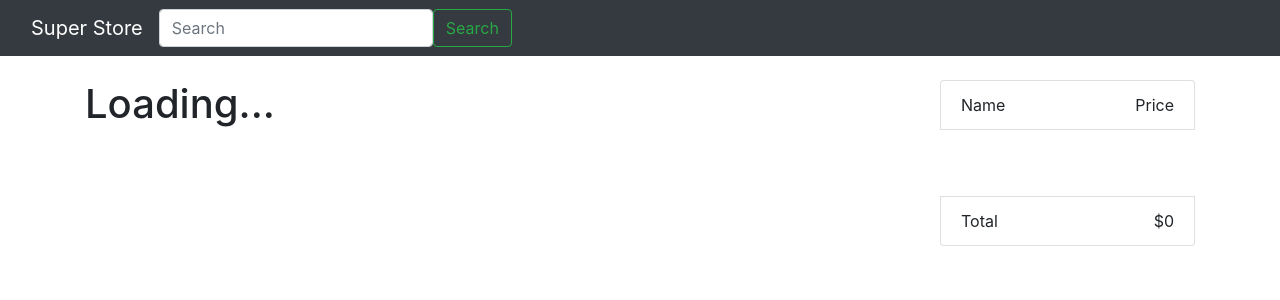
Repository: rockeycse/superstore
Page: /
The author's editor kept a copy of each file at every save. The page is drawn from the files as they stood at one save, then again after a run of saves.
The browser window is 1280 px wide. The pictures show the whole page.
The page's requests for data from a server got no answer. The project was rebuilt for these pictures with package versions that can differ from the ones it lists, and the page was loaded fresh each time. No one was signed in, and anything a server would have sent is missing.

Above is the page before, as saved 2021-06-15 17:56:38.

### index.html
<!DOCTYPE html>
<html>
  <head>
    <meta charset="utf-8">
    <meta name="viewport" content="width=device-width,initial-scale=1.0">
    <title>superstore</title>
  </head>
  <body>
    <div id="app"></div>
    <!-- built files will be auto injected -->
  </body>
</html>

### src/main.js
// The Vue build version to load with the `import` command
// (runtime-only or standalone) has been set in webpack.base.conf with an alias.
import Vue from 'vue'
import App from './App'
// import Hello from './components/Hello'
// import Test from './components/Test'

window.$ = window.jQuery = require('jquery')

import 'bootstrap'
import 'bootstrap/dist/css/bootstrap.min.css'

Vue.config.productionTip = false

import VueRouter from 'vue-router'

Vue.use(VueRouter)

import {
    routes
} from './router/router.js'

import Vuex from 'vuex'

Vue.use(Vuex)

import {
    storage
} from './store/index'

const store = new Vuex.Store(storage);


const router = new VueRouter({
        // mode: 'history',
        routes
    })
    /* eslint-disable no-new */
new Vue({
    el: '#app',
    router,
    store,
    components: {
        App
    },
    template: '<App/>'
})

### src/App.vue
<template>
  <div id="app">
    <!-- <router-link :to="{ path: '/'}" >Home Route</router-link>
    <router-link :to="{ path: '/test/1'}" >Test Route 1</router-link>
    <router-link :to="{ path: '/test/2'}" >Test Route 2</router-link>
    <router-link :to="{ path: '/test/3'}" >Test Route 3</router-link> -->

    <navbar @search="search"></navbar>

    <div class="container pt-4">
      <div class="row">
        <div class="col-sm-9">
           <router-view></router-view>
          <!-- <inventory @newItemAdded="addCartItem" :items="items"></inventory> -->
        </div>
        <div class="col-sm-3">
          <cart @removeFromCart="removeItem" :items="cart"></cart>
        </div>
      </div>
    </div>
  </div>
</template>

<script>
import Navbar from "./components/Navbar";
import Cart from "./components/Cart";
import Inventory from "./components/views/Inventory";
import data from "./data.json";

export default {
  components: {
    Navbar,
    Cart,
    // Inventory,
  },
  data() {
    return {
      items: [],
      cart: [],
    };
  },
  mounted() {
    // console.log(data);
    this.items = data;
  },
  methods: {
    search(keyword) {
     this.items = data.filter(item => {
        return item.title.toLowerCase().indexOf(keyword.toLowerCase()) !== -1;
      });
    },
    addCartItem(item) {
      this.cart.push(item);
    },
    removeItem(index) {
      this.cart.splice(index, 1);
    },
  },
};
</script>

<style>
</style>

### src/router/router.js
import ItemDetails from '../components/views/ItemDetails'
import Test from '../components/views/Test'
import Inventory from '../components/views/Inventory'

export const routes = [{
        path: '/',
        component: Inventory,
        name: 'inventory'
    },
    {
        path: '/item/:id',
        component: ItemDetails,
        name: 'ItemDetails'
    }

];

### src/store/index.js
export const storage = {
    state: {
        inventory: [],
        cart: []
    },
    getters: {
        getInventory(state) {
            return state.inventory
        },
        getCart(state) {
            return state.inventory
        }
    }
}

### src/components/Navbar.vue
<template>
  <nav class="navbar navbar-expand-lg navbar-dark bg-dark">
    <div class="container-fluid">
      <router-link :to="{ path: '/' }" class="navbar-brand" >Super Store</router-link>
      <button
        class="navbar-toggler"
        type="button"
        data-bs-toggle="collapse"
        data-bs-target="#navbarSupportedContent"
        aria-controls="navbarSupportedContent"
        aria-expanded="false"
        aria-label="Toggle navigation"
      >
        <span class="navbar-toggler-icon"></span>
      </button>
      <div class="collapse navbar-collapse" id="navbarSupportedContent">
        <form @submit.prevent="search" class="d-flex">
          <input
            class="form-control me-2"
            type="search"
            placeholder="Search"
            aria-label="Search"
            v-model="keyword"
          />
          <button class="btn btn-outline-success" type="submit">Search</button>
        </form>
      </div>
    </div>
  </nav>
</template>
<script>
import axios from "axios";

export default {
  data() {
    return {
      keyword: ""
    };
  },
  methods: {
    search() {
      axios
        .get(`http://localhost:3000/search/` + this.keyword)
        .then(response => {
          console.log(response.data);
        });

      // this.$emit("search", this.keyword);
    }
  }
};
</script>
<style lang=""></style>

### src/components/Cart.vue
<template>
  <ul class="list-group">
    <li class="list-group-item">
      <span class="item-name">Name</span>
      <span class="item-price float-right">Price</span>
    </li>
    <hr />
    <li v-for="(item, index) in items" :key="index" class="list-group-item">
      <div class="row">
        <div class="col-sm-2">
          <button
            type="button"
            class="btn btn-sm btn-danger"
            @click="removeItem(index)"
          >
            -
          </button>
        </div>
        <div class="col-sm-10">
          <span class="item-name"> {{ item.title }} </span>
          <span class="item-price float-right"> {{ item.price }} </span>
        </div>
      </div>
    </li>
    <hr />
    <li class="list-group-item">
      <span class="item-name">Total</span>
      <span class="item-price float-right"> ${{ totalPrice }} </span>
    </li>
  </ul>
</template>
<script>
export default {
  props: ["items"],
  computed: {
    totalPrice() {
      var total = 0;
      this.items.forEach((item) => {
        total += parseFloat(item.price.slice(1));
      });
      return Math.round(total);
    },
  },
  methods: {
    removeItem(index) {
      this.$emit("removeFromCart", index);
    },
  },
};
</script>
<style>
</style>

### src/components/views/Inventory.vue
<template lang="">
  <div v-if="!loading" class="row">
    <div
      v-for="(item, index) in items"
      :key="index"
      class="card m-1"
      style="width: 13rem"
    >
      <router-link tag="div" :to="{ path: '/item/' + item.id }">
        <img :src="item.photo" class="card-img-top" alt="sorry" />
        <div class="card-body">
          <h5 class="card-title">{{ item.title }}</h5>
        </div>
      </router-link>
      <div class="card-footer">
        <span class="card-text">
          {{ item.price }}
        </span>
        <a @click="addToCart(item)" class="btn btn-primary">+ add</a>
      </div>
    </div>
  </div>
  <h1 v-else>Loading...</h1>
</template>
<script>
import axios from "axios";

export default {
  data() {
    return {
      loading: true,
      items: []
    };
  },
  mounted() {
    this.fetchInventory();
  },
  methods: {
    addToCart(item) {
      this.$emit("newItemAdded", item);
    },
    fetchInventory() {
      var self = this;
      axios.get(`http://localhost:3000/items`).then(response => {
        // console.log(response);
        self.items = response.data;
        self.loading = false;
        // setTimeout(function () {
        //   self.items = response.data;
        //   self.loading = false;
        // }, 3000);
        // setTimeout(() => {
        //   self.items = response.data;
        //   self.loading = false;
        // }, 3000);
      });
    }
  }
  // filters:{
  //   priceRound: function (value) {
  //   if (!value) return ''
  //   return Math.round(value);
  // }
  // }
};
</script>
<style lang=""></style>

### src/data.json
[{
    "id": 1,
    "title": "Mazda",
    "photo": "http://dummyimage.com/250x250.png/ff4444/ffffff",
    "email": "rbitcheno0@canalblog.com",
    "price": "$95361.29"
}, {
    "id": 2,
    "title": "Mercedes-Benz",
    "photo": "http://dummyimage.com/250x250.png/cc0000/ffffff",
    "email": "dmelly1@bloomberg.com",
    "price": "$51784.46"
}, {
    "id": 3,
    "title": "Porsche",
    "photo": "http://dummyimage.com/250x250.png/dddddd/000000",
    "email": "astammer2@sakura.ne.jp",
    "price": "$40000.25"
}, {
    "id": 4,
    "title": "Lexus",
    "photo": "http://dummyimage.com/250x250.png/ff4444/ffffff",
    "email": "gdevonside3@scientificamerican.com",
    "price": "$87731.77"
}, {
    "id": 5,
    "title": "Infiniti",
    "photo": "http://dummyimage.com/250x250.png/ff4444/ffffff",
    "email": "rbeddingham4@elegantthemes.com",
    "price": "$51440.68"
}, {
    "id": 6,
    "title": "GMC",
    "photo": "http://dummyimage.com/250x250.png/cc0000/ffffff",
    "email": "lkerton5@google.ru",
    "price": "$93092.84"
}, {
    "id": 7,
    "title": "Nissan",
    "photo": "http://dummyimage.com/250x250.png/ff4444/ffffff",
    "email": "dmaty6@reverbnation.com",
    "price": "$20810.45"
}, {
    "id": 8,
    "title": "Kia",
    "photo": "http://dummyimage.com/250x250.png/ff4444/ffffff",
    "email": "gaxtens7@theatlantic.com",
    "price": "$82388.27"
}, {
    "id": 9,
    "title": "Buick",
    "photo": "http://dummyimage.com/250x250.png/5fa2dd/ffffff",
    "email": "nalenichev8@alibaba.com",
    "price": "$80548.52"
}, {
    "id": 10,
    "title": "Chevrolet",
    "photo": "http://dummyimage.com/250x250.png/cc0000/ffffff",
    "email": "nchoppen9@taobao.com",
    "price": "$46187.08"
}, {
    "id": 11,
    "title": "Mercury",
    "photo": "http://dummyimage.com/250x250.png/ff4444/ffffff",
    "email": "lulletta@gizmodo.com",
    "price": "$33168.30"
}, {
    "id": 12,
    "title": "Ford",
    "photo": "http://dummyimage.com/250x250.png/5fa2dd/ffffff",
    "email": "clumb@businessinsider.com",
    "price": "$90048.66"
}, {
    "id": 13,
    "title": "Land Rover",
    "photo": "http://dummyimage.com/250x250.png/cc0000/ffffff",
    "email": "jdinapolic@google.co.jp",
    "price": "$72723.59"
}, {
    "id": 14,
    "title": "Dodge",
    "photo": "http://dummyimage.com/250x250.png/5fa2dd/ffffff",
    "email": "bdevereuxd@ted.com",
    "price": "$51463.47"
}, {
    "id": 15,
    "title": "Toyota",
    "photo": "http://dummyimage.com/250x250.png/ff4444/ffffff",
    "email": "lrichardese@state.gov",
    "price": "$64151.67"
}, {
    "id": 16,
    "title": "Pontiac",
    "photo": "http://dummyimage.com/250x250.png/5fa2dd/ffffff",
    "email": "tromanf@statcounter.com",
    "price": "$50342.45"
}, {
    "id": 17,
    "title": "Volkswagen",
    "photo": "http://dummyimage.com/250x250.png/5fa2dd/ffffff",
    "email": "rwhatsizeg@pcworld.com",
    "price": "$17613.81"
}, {
    "id": 18,
    "title": "BMW",
    "photo": "http://dummyimage.com/250x250.png/cc0000/ffffff",
    "email": "kgatecliffh@mapquest.com",
    "price": "$12224.54"
}, {
    "id": 19,
    "title": "Honda",
    "photo": "http://dummyimage.com/250x250.png/ff4444/ffffff",
    "email": "lcabani@upenn.edu",
    "price": "$61250.54"
}, {
    "id": 20,
    "title": "Ford",
    "photo": "http://dummyimage.com/250x250.png/5fa2dd/ffffff",
    "email": "snibleyj@privacy.gov.au",
    "price": "$20348.34"
}, {
    "id": 21,
    "title": "Honda",
    "photo": "http://dummyimage.com/250x250.png/5fa2dd/ffffff",
    "email": "pmaddoxk@craigslist.org",
    "price": "$27888.18"
}, {
    "id": 22,
    "title": "Chevrolet",
    "photo": "http://dummyimage.com/250x250.png/ff4444/ffffff",
    "email": "rwapplel@mail.ru",
    "price": "$95763.52"
}, {
    "id": 23,
    "title": "Toyota",
    "photo": "http://dummyimage.com/250x250.png/ff4444/ffffff",
    "email": "dbonsulm@digg.com",
    "price": "$49936.77"
}, {
    "id": 24,
    "title": "Mercury",
    "photo": "http://dummyimage.com/250x250.png/dddddd/000000",
    "email": "hburdasn@wiley.com",
    "price": "$83158.46"
}, {
    "id": 25,
    "title": "Honda",
    "photo": "http://dummyimage.com/250x250.png/dddddd/000000",
    "email": "bgettenso@mapy.cz",
    "price": "$83850.36"
}, {
    "id": 26,
    "title": "GMC",
    "photo": "http://dummyimage.com/250x250.png/5fa2dd/ffffff",
    "email": "kchokep@google.ru",
    "price": "$90753.76"
}, {
    "id": 27,
    "title": "Toyota",
    "photo": "http://dummyimage.com/250x250.png/dddddd/000000",
    "email": "bfirbankq@google.ca",
    "price": "$10534.04"
}, {
    "id": 28,
    "title": "Ford",
    "photo": "http://dummyimage.com/250x250.png/5fa2dd/ffffff",
    "email": "kkimburyr@irs.gov",
    "price": "$25087.18"
}, {
    "id": 29,
    "title": "Alfa Romeo",
    "photo": "http://dummyimage.com/250x250.png/cc0000/ffffff",
    "email": "llouws@twitter.com",
    "price": "$68338.11"
}, {
    "id": 30,
    "title": "Honda",
    "photo": "http://dummyimage.com/250x250.png/ff4444/ffffff",
    "email": "cahmadt@4shared.com",
    "price": "$97907.82"
}, {
    "id": 31,
    "title": "Dodge",
    "photo": "http://dummyimage.com/250x250.png/ff4444/ffffff",
    "email": "ohogbinu@unblog.fr",
    "price": "$65083.58"
}, {
    "id": 32,
    "title": "Volkswagen",
    "photo": "http://dummyimage.com/250x250.png/5fa2dd/ffffff",
    "email": "baguirrezabalav@g.co",
    "price": "$30064.27"
}, {
    "id": 33,
    "title": "BMW",
    "photo": "http://dummyimage.com/250x250.png/5fa2dd/ffffff",
    "email": "dharoldw@admin.ch",
    "price": "$68091.87"
}, {
    "id": 34,
    "title": "Mercury",
    "photo": "http://dummyimage.com/250x250.png/5fa2dd/ffffff",
    "email": "gbroxupx@joomla.org",
    "price": "$84870.19"
}, {
    "id": 35,
    "title": "Isuzu",
    "photo": "http://dummyimage.com/250x250.png/5fa2dd/ffffff",
    "email": "cbonsaley@arizona.edu",
    "price": "$87328.03"
}, {
    "id": 36,
    "title": "GMC",
    "photo": "http://dummyimage.com/250x250.png/dddddd/000000",
    "email": "sodriscollz@tripadvisor.com",
    "price": "$36269.79"
}, {
    "id": 37,
    "title": "Dodge",
    "photo": "http://dummyimage.com/250x250.png/cc0000/ffffff",
    "email": "snairne10@gmpg.org",
    "price": "$23222.99"
}, {
    "id": 38,
    "title": "Hyundai",
    "photo": "http://dummyimage.com/250x250.png/cc0000/ffffff",
    "email": "lsaggers11@microsoft.com",
    "price": "$64905.17"
}, {
    "id": 39,
    "title": "Lincoln",
    "photo": "http://dummyimage.com/250x250.png/5fa2dd/ffffff",
    "email": "fsprigin12@epa.gov",
    "price": "$47716.79"
}, {
    "id": 40,
    "title": "Mitsubishi",
    "photo": "http://dummyimage.com/250x250.png/cc0000/ffffff",
    "email": "arickford13@shareasale.com",
    "price": "$74827.02"
}, {
    "id": 41,
    "title": "Infiniti",
    "photo": "http://dummyimage.com/250x250.png/dddddd/000000",
    "email": "rstalman14@gnu.org",
    "price": "$82252.75"
}, {
    "id": 42,
    "title": "Bentley",
    "photo": "http://dummyimage.com/250x250.png/dddddd/000000",
    "email": "cfountian15@hubpages.com",
    "price": "$19903.74"
}, {
    "id": 43,
    "title": "Volkswagen",
    "photo": "http://dummyimage.com/250x250.png/cc0000/ffffff",
    "email": "htabord16@wiley.com",
    "price": "$10171.61"
}, {
    "id": 44,
    "title": "Ford",
    "photo": "http://dummyimage.com/250x250.png/cc0000/ffffff",
    "email": "dcollard17@bbb.org",
    "price": "$66749.09"
}, {
    "id": 45,
    "title": "Volkswagen",
    "photo": "http://dummyimage.com/250x250.png/dddddd/000000",
    "email": "aguslon18@shareasale.com",
    "price": "$83880.71"
}, {
    "id": 46,
    "title": "Dodge",
    "photo": "http://dummyimage.com/250x250.png/ff4444/ffffff",
    "email": "fpiotrkowski19@is.gd",
    "price": "$45826.47"
}, {
    "id": 47,
    "title": "Buick",
    "photo": "http://dummyimage.com/250x250.png/cc0000/ffffff",
    "email": "dlawrinson1a@mediafire.com",
    "price": "$69277.83"
}, {
    "id": 48,
    "title": "Chevrolet",
    "photo": "http://dummyimage.com/250x250.png/ff4444/ffffff",
    "email": "hkain1b@cbslocal.com",
    "price": "$78191.09"
}, {
    "id": 49,
    "title": "Toyota",
    "photo": "http://dummyimage.com/250x250.png/5fa2dd/ffffff",
    "email": "gshelf1c@artisteer.com",
    "price": "$28026.33"
}, {
    "id": 50,
    "title": "Volkswagen",
    "photo": "http://dummyimage.com/250x250.png/5fa2dd/ffffff",
    "email": "mjanz1d@reuters.com",
    "price": "$67398.33"
}, {
    "id": 51,
    "title": "Saab",
    "photo": "http://dummyimage.com/250x250.png/dddddd/000000",
    "email": "ksanham1e@guardian.co.uk",
    "price": "$84735.25"
}, {
    "id": 52,
    "title": "Mazda",
    "photo": "http://dummyimage.com/250x250.png/ff4444/ffffff",
    "email": "rdeneve1f@sakura.ne.jp",
    "price": "$84019.51"
}, {
    "id": 53,
    "title": "Volvo",
    "photo": "http://dummyimage.com/250x250.png/dddddd/000000",
    "email": "cpell1g@wordpress.com",
    "price": "$60447.85"
}, {
    "id": 54,
    "title": "Audi",
    "photo": "http://dummyimage.com/250x250.png/cc0000/ffffff",
    "email": "lmembry1h@youtu.be",
    "price": "$71631.28"
}, {
    "id": 55,
    "title": "Dodge",
    "photo": "http://dummyimage.com/250x250.png/cc0000/ffffff",
    "email": "pdeambrosi1i@xing.com",
    "price": "$18765.63"
}, {
    "id": 56,
    "title": "Mitsubishi",
    "photo": "http://dummyimage.com/250x250.png/ff4444/ffffff",
    "email": "tdingivan1j@kickstarter.com",
    "price": "$30765.17"
}, {
    "id": 57,
    "title": "Toyota",
    "photo": "http://dummyimage.com/250x250.png/dddddd/000000",
    "email": "estubbin1k@tumblr.com",
    "price": "$63845.44"
}, {
    "id": 58,
    "title": "Dodge",
    "photo": "http://dummyimage.com/250x250.png/cc0000/ffffff",
    "email": "rayer1l@360.cn",
    "price": "$18533.42"
}, {
    "id": 59,
    "title": "Volkswagen",
    "photo": "http://dummyimage.com/250x250.png/ff4444/ffffff",
    "email": "hcolenutt1m@umich.edu",
    "price": "$44162.55"
}, {
    "id": 60,
    "title": "Ford",
    "photo": "http://dummyimage.com/250x250.png/ff4444/ffffff",
    "email": "cmotion1n@spotify.com",
    "price": "$40391.74"
}, {
    "id": 61,
    "title": "Ford",
    "photo": "http://dummyimage.com/250x250.png/ff4444/ffffff",
    "email": "skynoch1o@ehow.com",
    "price": "$40312.92"
}, {
    "id": 62,
    "title": "Ford",
    "photo": "http://dummyimage.com/250x250.png/dddddd/000000",
    "email": "mcomellini1p@infoseek.co.jp",
    "price": "$16786.00"
}, {
    "id": 63,
    "title": "Scion",
    "photo": "http://dummyimage.com/250x250.png/cc0000/ffffff",
    "email": "rsumers1q@photobucket.com",
    "price": "$66222.85"
}, {
    "id": 64,
    "title": "Volkswagen",
    "photo": "http://dummyimage.com/250x250.png/cc0000/ffffff",
    "email": "gwalewicz1r@examiner.com",
    "price": "$65986.56"
}, {
    "id": 65,
    "title": "Lexus",
    "photo": "http://dummyimage.com/250x250.png/cc0000/ffffff",
    "email": "hgoadbie1s@theguardian.com",
    "price": "$41584.23"
}, {
    "id": 66,
    "title": "MINI",
    "photo": "http://dummyimage.com/250x250.png/ff4444/ffffff",
    "email": "pfroude1t@bing.com",
    "price": "$68207.15"
}, {
    "id": 67,
    "title": "Ford",
    "photo": "http://dummyimage.com/250x250.png/cc0000/ffffff",
    "email": "rpyatt1u@un.org",
    "price": "$51398.61"
}, {
    "id": 68,
    "title": "Buick",
    "photo": "http://dummyimage.com/250x250.png/5fa2dd/ffffff",
    "email": "slindemann1v@facebook.com",
    "price": "$69616.17"
}, {
    "id": 69,
    "title": "Buick",
    "photo": "http://dummyimage.com/250x250.png/cc0000/ffffff",
    "email": "sthrossell1w@dion.ne.jp",
    "price": "$60031.42"
}, {
    "id": 70,
    "title": "Mitsubishi",
    "photo": "http://dummyimage.com/250x250.png/cc0000/ffffff",
    "email": "clouisot1x@homestead.com",
    "price": "$42398.29"
}, {
    "id": 71,
    "title": "Kia",
    "photo": "http://dummyimage.com/250x250.png/dddddd/000000",
    "email": "hcocozza1y@imgur.com",
    "price": "$61043.72"
}, {
    "id": 72,
    "title": "Subaru",
    "photo": "http://dummyimage.com/250x250.png/ff4444/ffffff",
    "email": "hreskelly1z@sohu.com",
    "price": "$72302.82"
}, {
    "id": 73,
    "title": "Porsche",
    "photo": "http://dummyimage.com/250x250.png/5fa2dd/ffffff",
    "email": "cepton20@usatoday.com",
    "price": "$63462.90"
}, {
    "id": 74,
    "title": "Mitsubishi",
    "photo": "http://dummyimage.com/250x250.png/cc0000/ffffff",
    "email": "eblethyn21@usda.gov",
    "price": "$58962.05"
}, {
    "id": 75,
    "title": "Lexus",
    "photo": "http://dummyimage.com/250x250.png/ff4444/ffffff",
    "email": "rmacginley22@hibu.com",
    "price": "$13593.39"
}, {
    "id": 76,
    "title": "Land Rover",
    "photo": "http://dummyimage.com/250x250.png/cc0000/ffffff",
    "email": "rabyss23@digg.com",
    "price": "$76811.99"
}, {
    "id": 77,
    "title": "Ford",
    "photo": "http://dummyimage.com/250x250.png/dddddd/000000",
    "email": "tpasfield24@trellian.com",
    "price": "$67849.81"
}, {
    "id": 78,
    "title": "Chevrolet",
    "photo": "http://dummyimage.com/250x250.png/dddddd/000000",
    "email": "tkurth25@jimdo.com",
    "price": "$62199.94"
}, {
    "id": 79,
    "title": "Mazda",
    "photo": "http://dummyimage.com/250x250.png/ff4444/ffffff",
    "email": "bkaiser26@boston.com",
    "price": "$55247.61"
}, {
    "id": 80,
    "title": "Plymouth",
    "photo": "http://dummyimage.com/250x250.png/ff4444/ffffff",
    "email": "cknibley27@multiply.com",
    "price": "$42566.09"
}, {
    "id": 81,
    "title": "Suzuki",
    "photo": "http://dummyimage.com/250x250.png/5fa2dd/ffffff",
    "email": "tmacdwyer28@ucoz.ru",
    "price": "$79665.57"
}, {
    "id": 82,
    "title": "Lexus",
    "photo": "http://dummyimage.com/250x250.png/cc0000/ffffff",
    "email": "dheggs29@blog.com",
    "price": "$98928.93"
}, {
    "id": 83,
    "title": "Chevrolet",
    "photo": "http://dummyimage.com/250x250.png/dddddd/000000",
    "email": "dbengall2a@ebay.co.uk",
    "price": "$30839.67"
}, {
    "id": 84,
    "title": "Jaguar",
    "photo": "http://dummyimage.com/250x250.png/dddddd/000000",
    "email": "lpellamonuten2b@ed.gov",
    "price": "$41906.78"
}, {
    "id": 85,
    "title": "Chevrolet",
    "photo": "http://dummyimage.com/250x250.png/dddddd/000000",
    "email": "etollfree2c@newsvine.com",
    "price": "$86324.36"
}, {
    "id": 86,
    "title": "Dodge",
    "photo": "http://dummyimage.com/250x250.png/ff4444/ffffff",
    "email": "dtatters2d@drupal.org",
    "price": "$26334.93"
}, {
    "id": 87,
    "title": "Mercury",
    "photo": "http://dummyimage.com/250x250.png/cc0000/ffffff",
    "email": "lkopps2e@narod.ru",
    "price": "$65168.96"
}, {
    "id": 88,
    "title": "Toyota",
    "photo": "http://dummyimage.com/250x250.png/5fa2dd/ffffff",
    "email": "mbrimble2f@npr.org",
    "price": "$18200.99"
}, {
    "id": 89,
    "title": "Chevrolet",
    "photo": "http://dummyimage.com/250x250.png/ff4444/ffffff",
    "email": "adrought2g@chron.com",
    "price": "$16034.61"
}, {
    "id": 90,
    "title": "Ford",
    "photo": "http://dummyimage.com/250x250.png/5fa2dd/ffffff",
    "email": "egilhool2h@tuttocitta.it",
    "price": "$70231.47"
}, {
    "id": 91,
    "title": "Infiniti",
    "photo": "http://dummyimage.com/250x250.png/5fa2dd/ffffff",
    "email": "mmarikhin2i@dropbox.com",
    "price": "$89197.45"
}, {
    "id": 92,
    "title": "Eagle",
    "photo": "http://dummyimage.com/250x250.png/cc0000/ffffff",
    "email": "icaselli2j@dropbox.com",
    "price": "$36128.81"
}, {
    "id": 93,
    "title": "Pontiac",
    "photo": "http://dummyimage.com/250x250.png/dddddd/000000",
    "email": "tlismer2k@epa.gov",
    "price": "$20050.67"
}, {
    "id": 94,
    "title": "Ford",
    "photo": "http://dummyimage.com/250x250.png/cc0000/ffffff",
    "email": "rbruckstein2l@eepurl.com",
    "price": "$61366.67"
}, {
    "id": 95,
    "title": "Mitsubishi",
    "photo": "http://dummyimage.com/250x250.png/5fa2dd/ffffff",
    "email": "haspinal2m@nsw.gov.au",
    "price": "$60266.00"
}, {
    "id": 96,
    "title": "GMC",
    "photo": "http://dummyimage.com/250x250.png/ff4444/ffffff",
    "email": "lpossell2n@fema.gov",
    "price": "$76524.94"
}, {
    "id": 97,
    "title": "Mitsubishi",
    "photo": "http://dummyimage.com/250x250.png/cc0000/ffffff",
    "email": "tblaszczak2o@dmoz.org",
    "price": "$92097.49"
}, {
    "id": 98,
    "title": "Mercury",
    "photo": "http://dummyimage.com/250x250.png/cc0000/ffffff",
    "email": "shail2p@examiner.com",
    "price": "$36961.78"
}, {
    "id": 99,
    "title": "Toyota",
    "photo": "http://dummyimage.com/250x250.png/ff4444/ffffff",
    "email": "bdingsdale2q@reverbnation.com",
    "price": "$15941.10"
}, {
    "id": 100,
    "title": "Mitsubishi",
    "photo": "http://dummyimage.com/250x250.png/ff4444/ffffff",
    "email": "mrontree2r@macromedia.com",
    "price": "$70464.47"
}]

### src/components/views/ItemDetails.vue
<template>
  <div v-if="item" class="row">
    <div class="col-sm-6">
      <img :src="item.photo" alt="Photo">
    </div>
    <div class="col-sm-6">
      <h4>{{item.title}}</h4>
      <p> {{ item.description }} </p>
      <p> {{ item.price }} </p>
    </div>
    <!-- <h3>Details {{ item }}</h3> -->
  </div>
  <h1 v-else>Loading...</h1>
</template>

<script>
import axios from "axios";

export default {
  data() {
    return {
      item: null,
      // loading: false
    };
  },
  mounted() {
    this.fetchItem();
  },
  methods: {
    fetchItem() {
      var self = this;
      // self.loading = true;
      axios
        .get(`http://localhost:3000/item/` + this.$route.params.id)
        .then(response => {
          // console.log(response);
          self.item = response.data;
          // self.loading = true;

          // setTimeout(() => {
          //   self.items = response.data;
          //   self.loading = false;
          // }, 3000);
        });
    }
  }
};
</script>
<style lang=""></style>

### src/components/views/Test.vue
<template>
  <div>
      <h3>test router {{ $route.params.id }} </h3>
  </div>
</template>
<script>
export default {};
</script>
<style lang="">
</style>

After the next 3 saves:
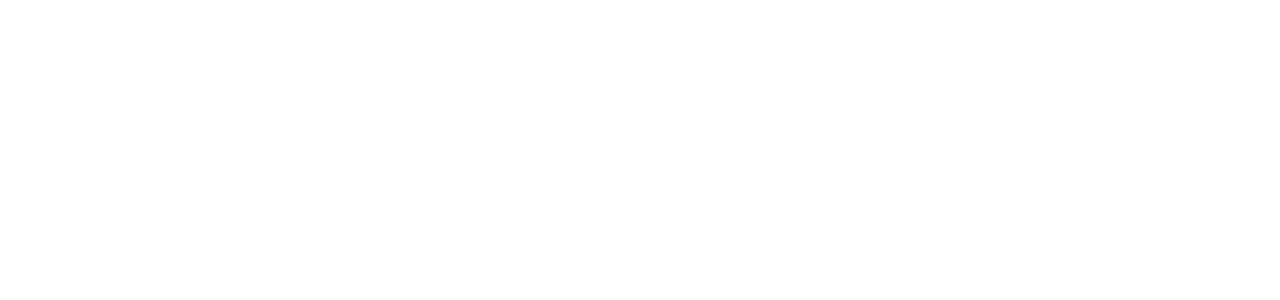
Console error: ReferenceError: muta is not defined
The 3 saves are shown as one change because they came seconds apart.
The last was saved 2 min 58 s later.
--- a/src/store/index.js
+++ b/src/store/index.js
@@ -8,7 +8,9 @@
             return state.inventory
         },
         getCart(state) {
-            return state.inventory
+            return state.cart
         }
-    }
+    },
+    muta
+
 }

After the 3 saves that followed:
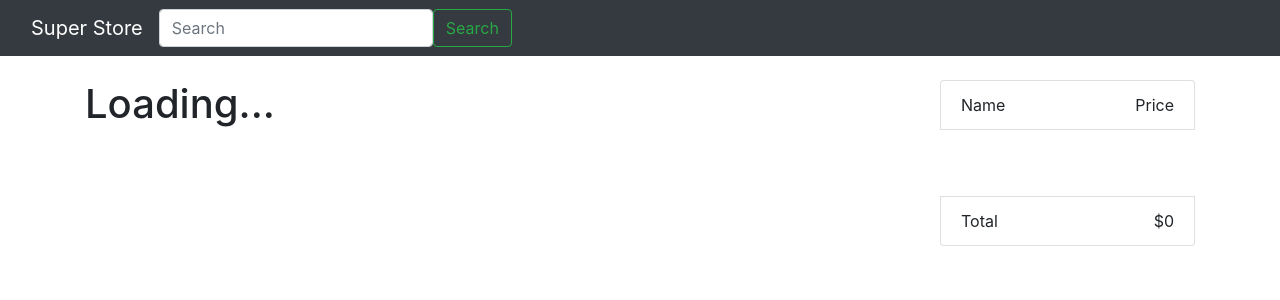
The error is gone.
The 3 saves are shown as one change because they came seconds apart.
The last was saved 8 s later.
--- a/src/store/index.js
+++ b/src/store/index.js
@@ -11,6 +11,7 @@
             return state.cart
         }
     },
-    muta
+    mutations: {
 
+    }
 }
